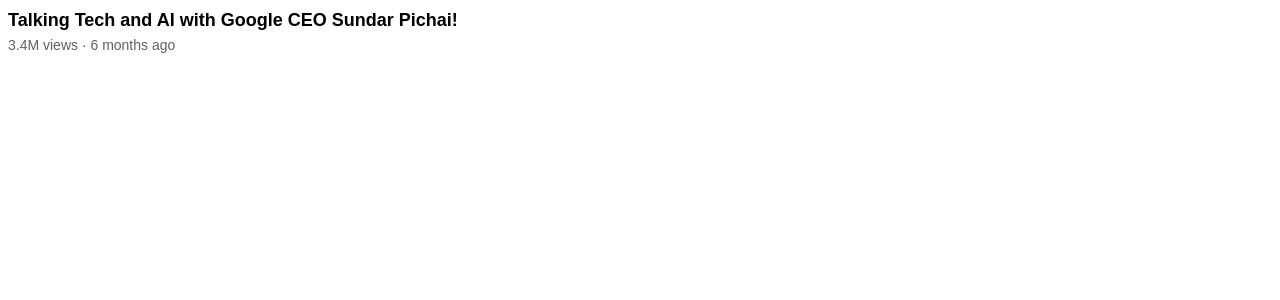
Repository: knowledgeAlan/html-css-five
Page: text.html
An editor plug-in stored every save of this project. The page is shown before and after the next save, followed by the edit.
The browser window is 1280 px wide. The pictures show the whole page.

Above is the page before, as saved 2024-02-28 19:05:34.

### text.html
<style>
    p{
        font-family: Arial;
        margin-top: 0;
        margin-bottom: 0;
    }

    .video-stats{
        font-size: 14px;
        color: rgb(96, 96, 96);
        margin-bottom: 20px;
    }

    .video-title {
        font-weight: bold;
        font-size: 18px;
        width: 280 px;
        line-height: 24px;
        margin-bottom: 5px ;
    }

    .video-author {
        font-size: 18px;
        color: rgb(96, 96, 96);
        margin-bottom: 20px ;
    }

    .video-description {
        font-size: 14px;
        color: rgb(96, 96, 96);
        width: 280px;
        line-height: 22px;
        margin-bottom: 100px;
    }


    .apple-text {
        margin-bottom: 50px;
        font-size: 14px;
        background-color: rgb(227, 65, 64);
        color: white;
        text-align: center;
        padding-top: 18px;
        padding-bottom: 18px;
    }


    .span-example {
        color:red;
    }

    .span-example:hover{
        text-decoration: underline;
    }

    .shop-link {
        cursor: pointer;
    }

    .shop-link:hover{
        text-decoration: underline;
    }

</style>


<p class="video-title">
    Talking Tech and AI with Google CEO Sundar Pichai!
</p>

<p class="video-stats">
    3.4M views &#183; 6 months ago
</p>

After the next save:
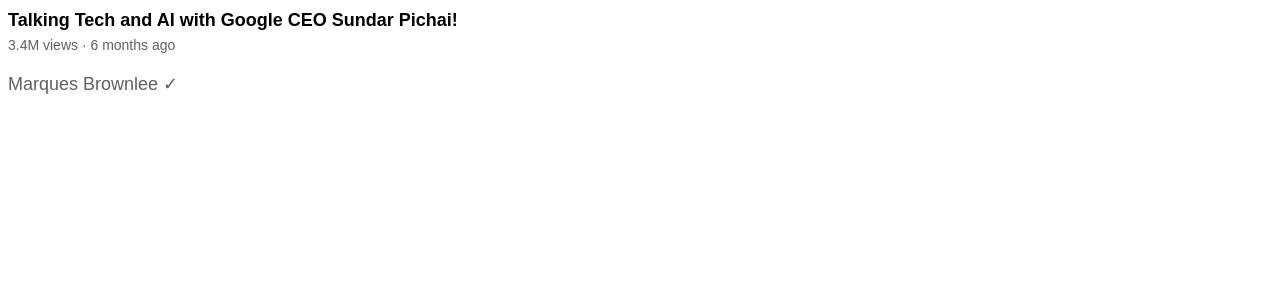
Saved 26 s later.
--- a/text.html
+++ b/text.html
@@ -71,3 +71,8 @@
 <p class="video-stats">
     3.4M views &#183; 6 months ago
 </p>
+
+
+<p class="video-author">
+    Marques Brownlee &#10003;
+</p>
